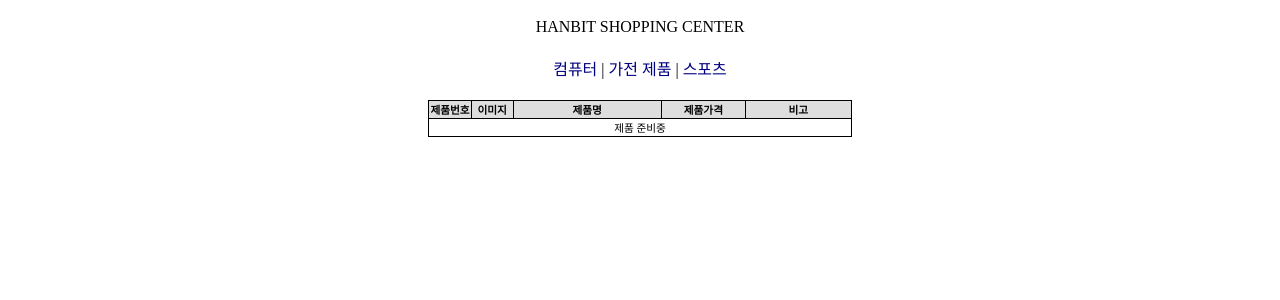
Repository: Koran1/springmvcstudy
Page: http://localhost/spring_mvc02/WEB-INF/views/shop/product_list.jsp
An editor plug-in stored every save of this project. The page is shown before and after the next save, followed by the edit.
The browser window is 1280 px wide. The pictures show the whole page.
The page is served by Tomcat 9. Nobody is signed in. The template is opened directly, without the code that normally fills it, so the values that code supplies are empty.

Above is the page before, as saved 2024-10-29 03:21:42.

After the next save:
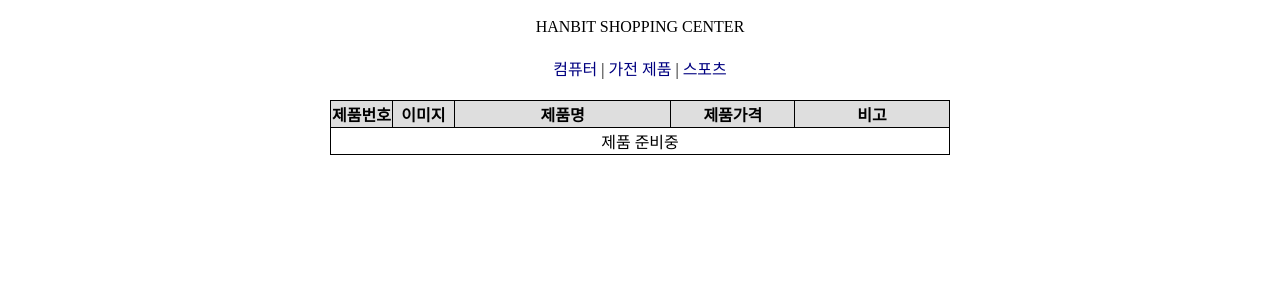
Saved 12 min 18 s later.
--- a/spring_mvc02/src/main/webapp/WEB-INF/views/shop/product_list.jsp
+++ b/spring_mvc02/src/main/webapp/WEB-INF/views/shop/product_list.jsp
@@ -11,7 +11,7 @@
 	margin: 10px auto;
 	width: 600;
 	border-collapse: collapse;
-	font-size: 8pt;
+	font-size: 12pt;
 	border-color: navy;
 }
 
